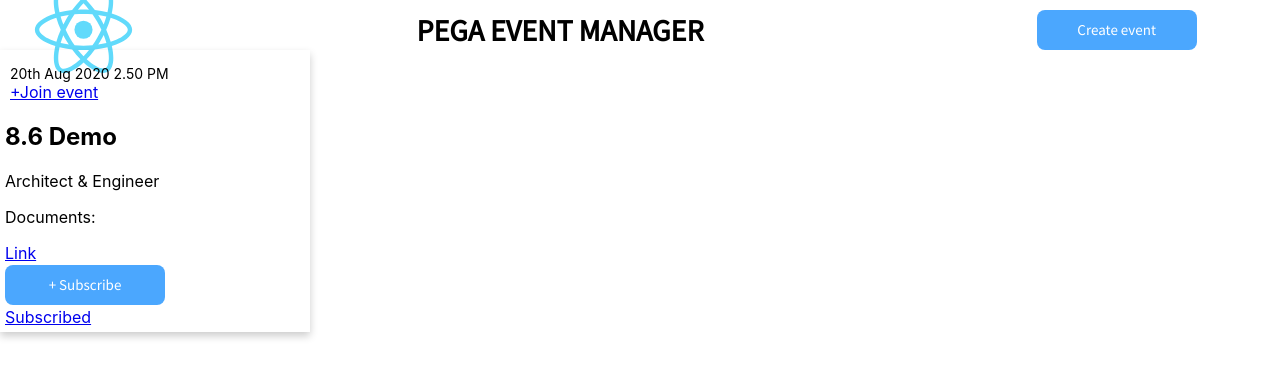
Repository: SasiVeeramachaneni/eventmanager
Page: /
An editor plug-in stored every save of this project. The page is shown before and after the next save, followed by the edit.
The browser window is 1280 px wide. The pictures show the whole page.
The project was rebuilt for these pictures with package versions that can differ from the ones it lists, and the page was loaded fresh each time.

Above is the page before, as saved 2020-08-19 14:59:24.

### src/index.js
import React from 'react';
import ReactDOM from 'react-dom';
import './index.css';
import App from './App';
import * as serviceWorker from './serviceWorker';
import './fonts/SourceSansPro-Regular.ttf'

ReactDOM.render(
  <React.StrictMode>
    <App />
  </React.StrictMode>,
  document.getElementById('root')
);

// If you want your app to work offline and load faster, you can change
// unregister() to register() below. Note this comes with some pitfalls.
// Learn more about service workers: https://bit.ly/CRA-PWA
serviceWorker.unregister();

### src/App.js
import React from 'react';
import './App.css';
import logo from './logo.svg';
import Card from './Card';


function App() {
  return (
    <div className="App">
      <div className="header">
        <div className="logo"><img src={logo} alt=""/></div>
        <div className="heading">PEGA EVENT MANAGER</div>
        <div className="logo"><button type="button" className="createbutton">Create event</button></div>
      </div>
      <div className="body">
        <Card />

      </div>

    </div>
  );
}

export default App;

### src/App.css
.App {
  height: 100vh;
  width: 100%;
  display: grid;
  grid-template-rows: 50px 1fr;
}

@font-face {
  font-family: 'SourceSansPro';
  src: local('SourceSansPro'), url(./fonts/SourceSansPro-Regular.ttf) format('truetype');
}


.container {
  padding: 2px 16px;
}

.header {
  display: flex;
  align-items: stretch;
  justify-content: space-evenly;
  padding-top: 10px;
}

.logo {
  flex-grow: 1;
  display: flex;
  align-items: center;
  justify-content: center;
}

.heading {
  flex-grow: 3;
  display: flex;
  align-items: center;
  justify-content: center;
  font-size: 30px;
  font-weight: bold;
  font-family: SourceSansPro;

}

.createbutton {
  width: 10rem;
  color: #FFF;
  background: #4BA7FE;
  border-radius: 8px;
  font-size: 15px;
  line-height: 24px;
  height: 2.5rem;
  position: relative;
  align-items: center;
  box-sizing: border-box;
  transition: all 0.4s ease-in-out;
  border: none;
  font-family: SourceSansPro;


}

.body {
}

### src/Card.js
import React from 'react';
import './Card.css';

function Card() {
    return (
    <div className="card">
        <div className="topline">
          <div className="time">20th Aug 2020 2.50 PM</div>
          <a href="url">+Join event</a>
        </div>
        <h2><b>8.6 Demo</b></h2>
        <p>Architect & Engineer</p>
        <div>
            <p>Documents:</p>
            <a href="url">Link</a>
        </div>
        <button className="subscribe">+   Subscribe</button><br />
        <a href="url">Subscribed</a>
    </div>
    );
}

export default Card;

### src/Card.css
.card {
    box-shadow: 0 4px 8px 0 rgba(0,0,0,0.2);
    transition: 0.3s;
    width: 300px;
    padding: 5px;
    align-items: center;
    justify-content: center;

  }

  .card:hover {
    box-shadow: 0 8px 16px 0 rgba(0,0,0,0.2);
  }

  .topline {

    padding-top: 10px;
    padding-left:5px;
    padding-right: 5px;
  }

  .time {
      display: flex;
      flex-grow: 1;
      font-size: 14px;
  }

  .subscribe {
    width: 10rem;
    color: #FFF;
    background: #4BA7FE;
    border-radius: 8px;
    font-size: 15px;
    line-height: 24px;
    height: 2.5rem;
    position: relative;
    align-items: center;
    box-sizing: border-box;
    transition: all 0.4s ease-in-out;
    border: none;
    font-family: SourceSansPro;
    margin-top: 2px;
    margin-bottom: 2px;

  }

Loaded but not shown: public/index.html (common file); src/index.css (common file); src/serviceWorker.js (common file)

After the next save:
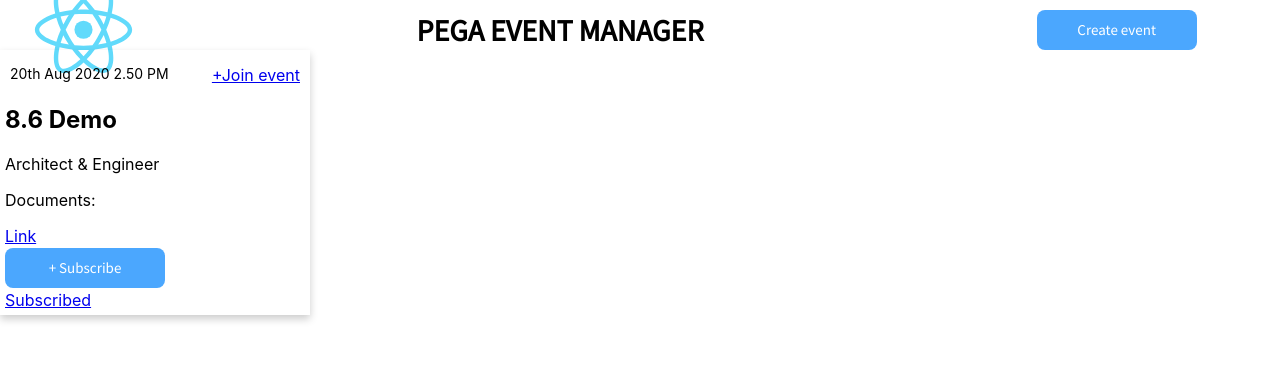
Saved 9 s later.
--- a/src/Card.css
+++ b/src/Card.css
@@ -13,7 +13,9 @@
   }
 
   .topline {
-
+    display: flex;
+    align-items: stretch;
+    justify-content: space-evenly;
     padding-top: 10px;
     padding-left:5px;
     padding-right: 5px;
